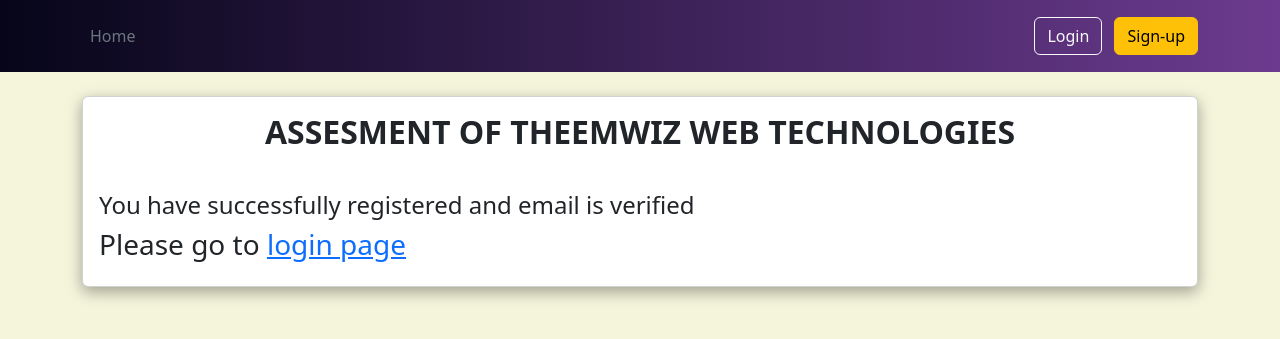
Repository: professorsourabh/php_membership
Page: view/verificationPage.html
These files come from the project's save history. The page is drawn as it stood at one moment and after the next save; the edit follows.
The browser window is 1280 px wide. The pictures show the whole page.

Above is the page before, as saved 2023-07-08 18:28:49.

After the next save:
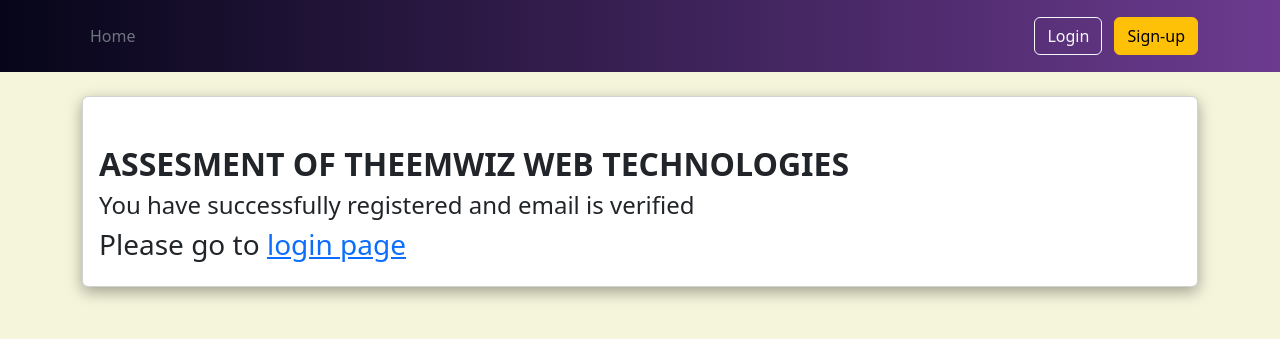
Saved 2 min 47 s later.
--- a/view/verificationPage.html
+++ b/view/verificationPage.html
@@ -30,10 +30,11 @@
       <div class="container my-4">
         <div class="card my-4" style="box-shadow: rgba(0, 0, 0, 0.35) 0px 5px 15px;">
             <div class="card-heading text-center my-3 mx-2">
-                <h2 class="text-uppercase fw-bold">Assesment of Theemwiz Web Technologies</h2>
+
+
             </div>
             <div class="card-body">
-
+              <h2 class="text-uppercase fw-bold">Assesment of Theemwiz Web Technologies</h2>
               <h4>You have successfully registered and email is verified </h4>
               <h3>Please go to <a href="../login.html">login page</a></h3>
 
